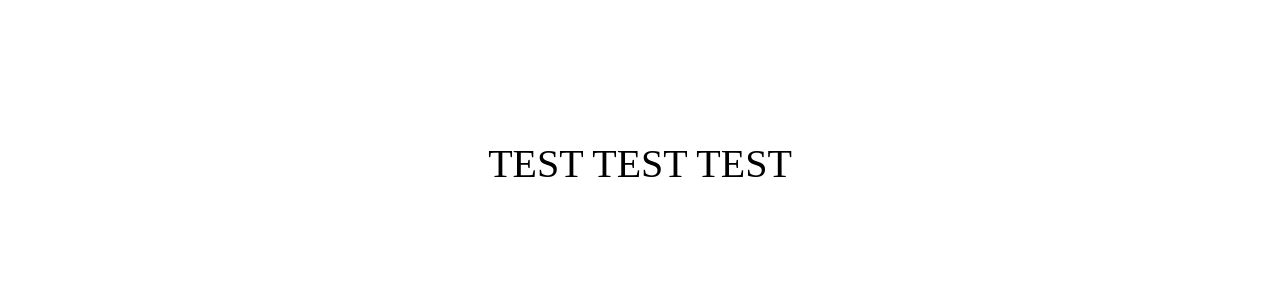
Repository: dreadlocker/testingOnPhones
Page: index.html
An editor plug-in stored every save of this project. The page is shown before and after the next save, followed by the edit.
The browser window is 1280 px wide. The pictures show the whole page.

Above is the page before, as saved 2018-06-01 16:08:05.

### index.html
<!DOCTYPE html>
<html lang="en">

<head>
    <meta charset="UTF-8">
    <meta name="viewport" content="width=device-width, initial-scale=1.0">
    <!-- <meta name="viewport" content="width=device-width, initial-scale=1.0, maximum-scale=1.0, user-scalable=0" /> -->
    <!-- <meta name="viewport" content="width=640px, initial-scale=.5, maximum-scale=.5" /> -->
    <!-- <meta name="viewport" content="width=device-width, initial-scale=1.0, maximum-scale=1.0, user-scalable=no" /> -->
    <!-- <meta name="viewport" content="width=640px, initial-scale=.5, maximum-scale=.5" /> -->
    <!-- <meta name="viewport" content="width=device-width, initial-scale=1.0, maximum-scale=1"> -->
    <!-- <meta name="viewport" content="width=device-width, initial-scale=1.0, maximum-scale=1.0, user-scalable=no" /> -->
    <meta http-equiv="X-UA-Compatible" content="ie=edge">
    <script src="https://ajax.googleapis.com/ajax/libs/jquery/3.3.1/jquery.min.js"></script>
    <title>Safari on iPhone X</title>
</head>

<body>
    <p style="text-align: center; font-size: 40px; padding-top: 100px;">TEST TEST TEST </p>

    <script>
        document.addEventListener('gesturestart', function (e) {
            e.preventDefault();
        });
    </script>
</body>

</html>

After the next save:
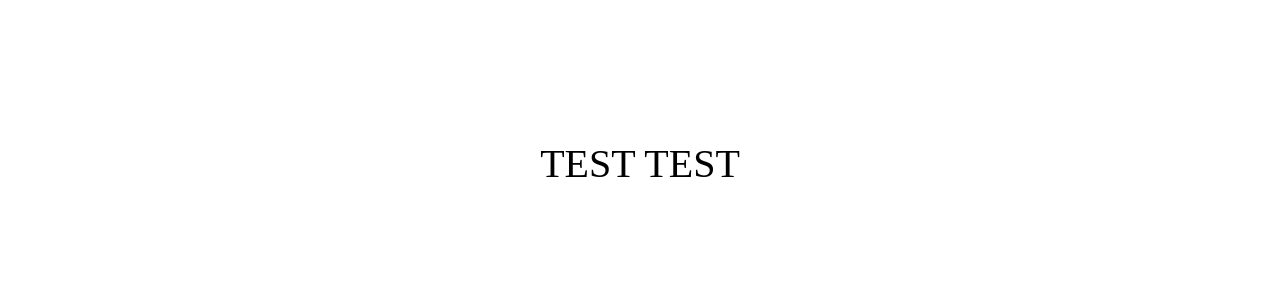
Saved 5 s later.
--- a/index.html
+++ b/index.html
@@ -16,7 +16,7 @@
 </head>
 
 <body>
-    <p style="text-align: center; font-size: 40px; padding-top: 100px;">TEST TEST TEST </p>
+    <p style="text-align: center; font-size: 40px; padding-top: 100px;">TEST TEST  </p>
 
     <script>
         document.addEventListener('gesturestart', function (e) {

After the save that followed:
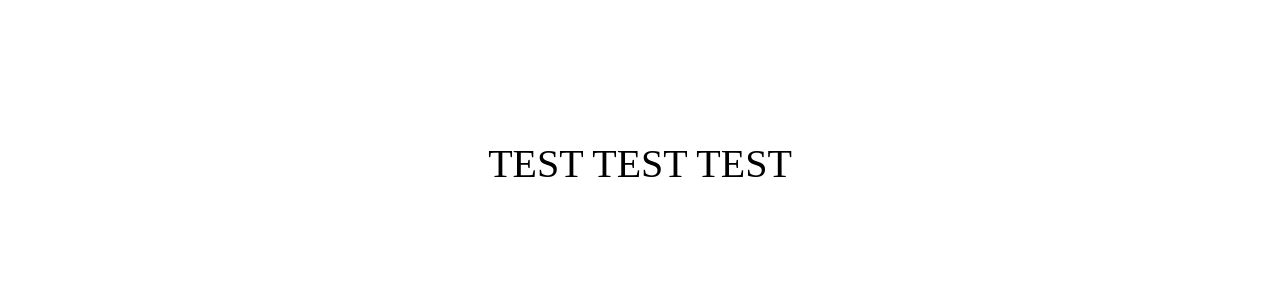
Saved 3 min 44 s later.
--- a/index.html
+++ b/index.html
@@ -16,12 +16,18 @@
 </head>
 
 <body>
-    <p style="text-align: center; font-size: 40px; padding-top: 100px;">TEST TEST  </p>
+    <p style="text-align: center; font-size: 40px; padding-top: 100px;">TEST TEST TEST </p>
 
     <script>
-        document.addEventListener('gesturestart', function (e) {
-            e.preventDefault();
-        });
+        document.addEventListener('touchmove', function (event) {
+            event = event.originalEvent || event;
+            if (event.scale > 1) {
+                event.preventDefault();
+            }
+        }, false);
+        // document.addEventListener('gesturestart', function (e) {
+        //     e.preventDefault();
+        // });
     </script>
 </body>
 
